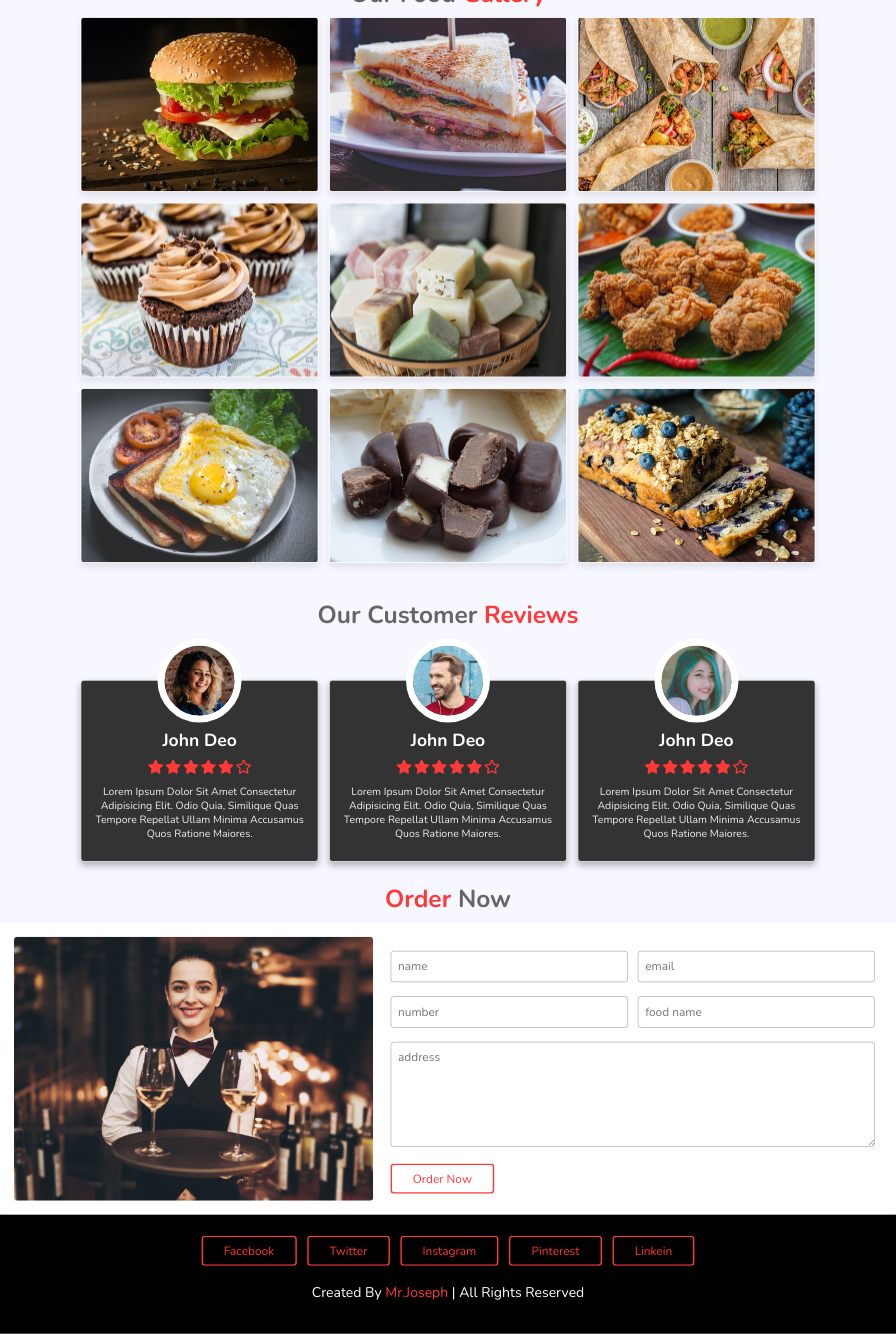
Repository: ManhTanVN/food
Page: index.html
An editor plug-in stored every save of this project. The page is shown before and after the next save, followed by the edit.
The browser window is 1280 px wide. The pictures show the part of the page from y = 2765 to 4685 px (the page is 4671 px tall before and 4685 px after), at 70% of full size.
The style sheet was rebuilt from its Sass, Less or Tailwind sources for each picture, by a compiler version that may differ from the author's.

Above is the page before, as saved 2021-08-29 21:46:21.

After the next save:
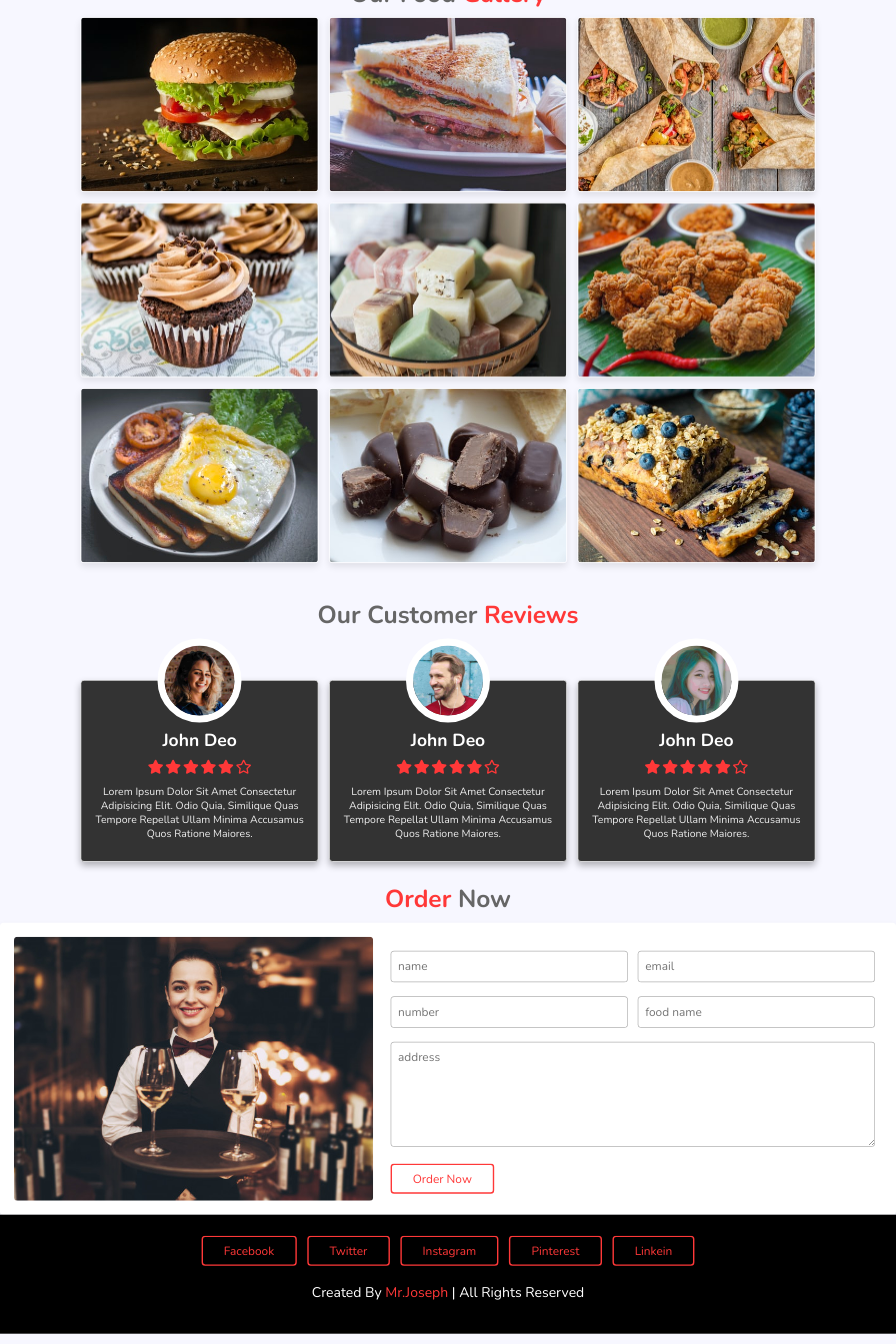
Saved 2 min 9 s later.
--- a/index.html
+++ b/index.html
@@ -376,6 +376,10 @@
     </section>
     <!-- footer section ends -->
 
+    <!-- scroll top button -->
+    <a href="#home" class="fas fa-agn"></a>
+    <!-- scroll top button -->
+
 <!-- custom js -->
 <script src="./assets/js/main.js"></script>
 <!-- custom js -->
